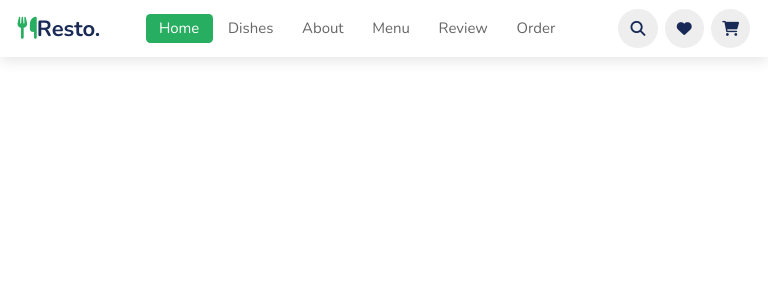
Repository: CarsonDev1/FoodWeb
Page: index.html
The author's editor kept a copy of each file at every save. The page is drawn from the files as they stood at one save, then again after a run of saves.
The browser window is 768 px wide. The pictures show the whole page.
Some web libraries are served in a nearby version.

Above is the page before, as saved 2022-05-18 18:06:23.

After the next 2 saves:
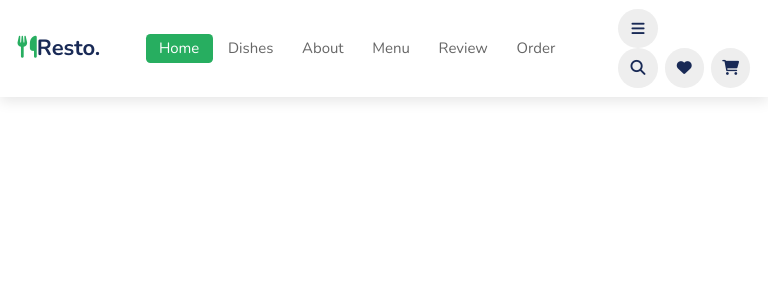
The 2 saves are shown as one change because they came seconds apart.
The last was saved 19 s later.
--- a/css/style.css
+++ b/css/style.css
@@ -86,4 +86,7 @@ header .icons #menu-bars {
   }
 }
 @media (max-width: 768px) {
+  header .icons #menu-bars {
+    display: block;
+  }
 }
